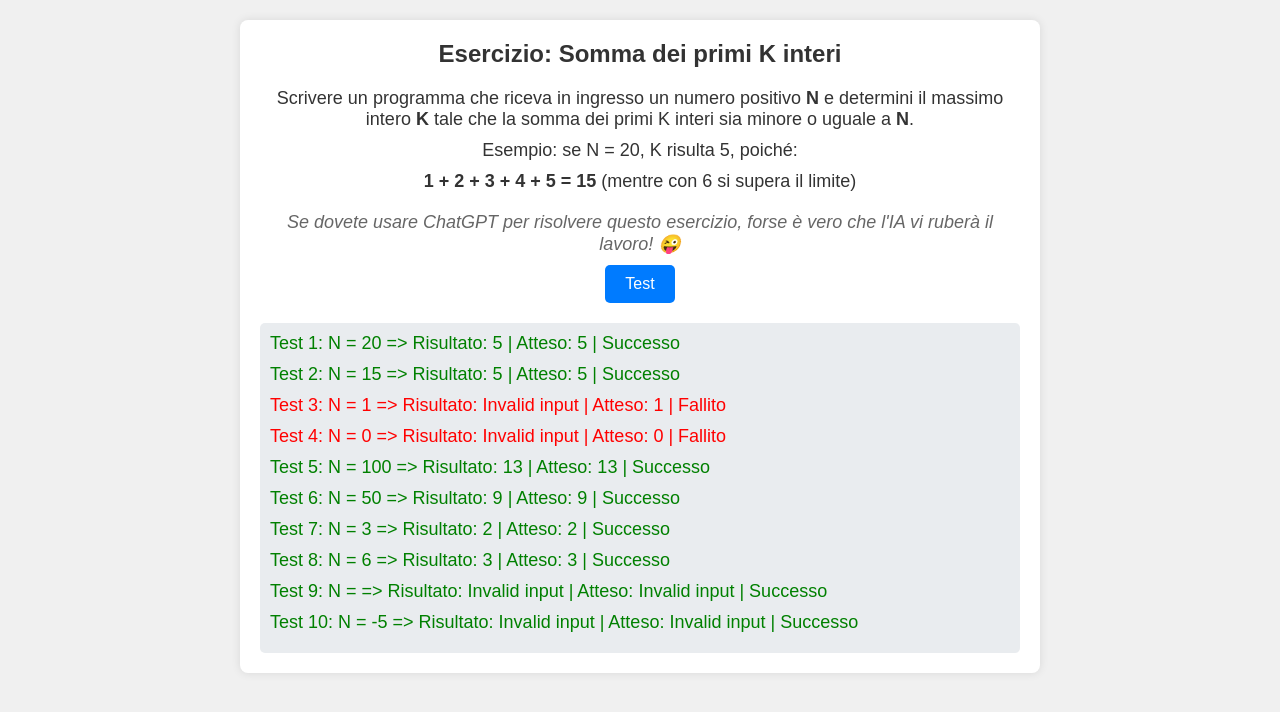
Repository: JoseManuel-Feliz/merenda1
Page: index.html
An editor plug-in stored every save of this project. The page is shown before and after the next save, followed by the edit.
The browser window is 1280 px wide. The pictures show the whole page.
After loading, the first visible `#run-tests` was clicked once.

Above is the page before, as saved 2024-10-01 17:03:39.

After the next save:
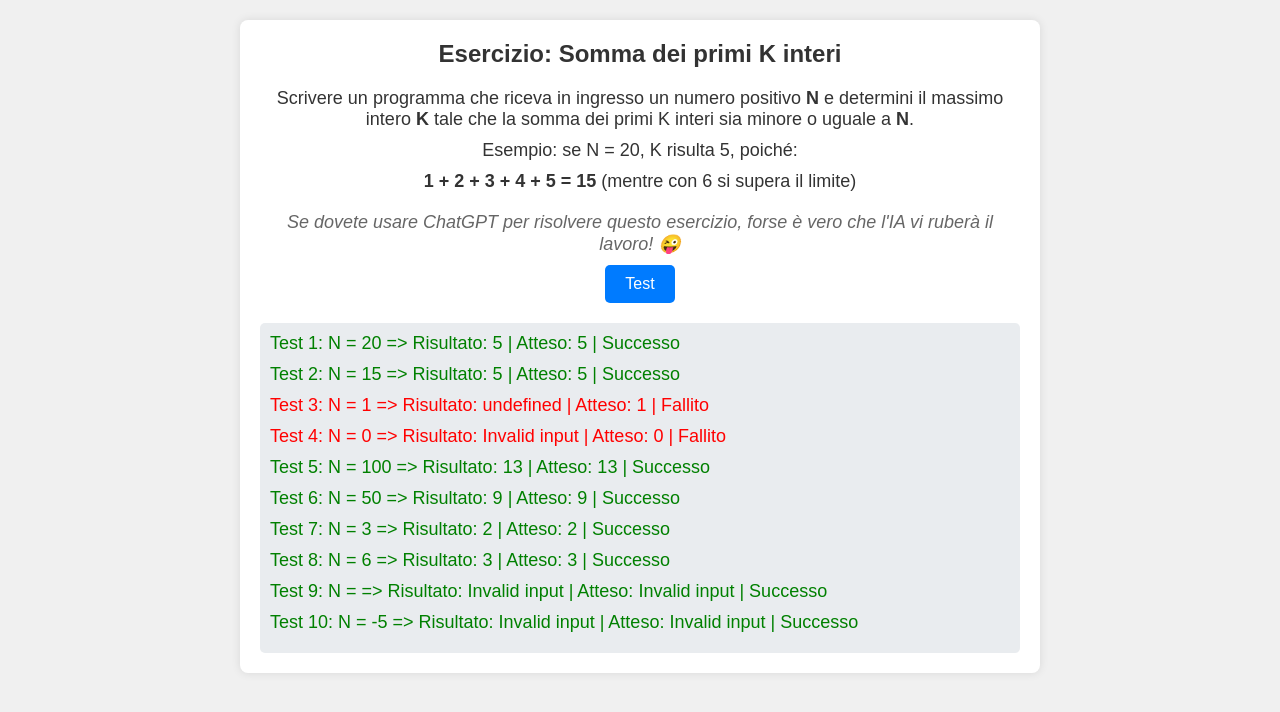
Saved 20 min 17 s later.
--- a/merenda.js
+++ b/merenda.js
@@ -2,7 +2,7 @@ function sommaInteri(N) {
     let somma = 0;
     let count = 0;
 
-    if (N <= 1 || !N || isNaN(N)) {
+    if (N < 1 || !N || isNaN(N)) {
         return 'Invalid input';
     }
     for (let i = 1; i <= N; i++) {
